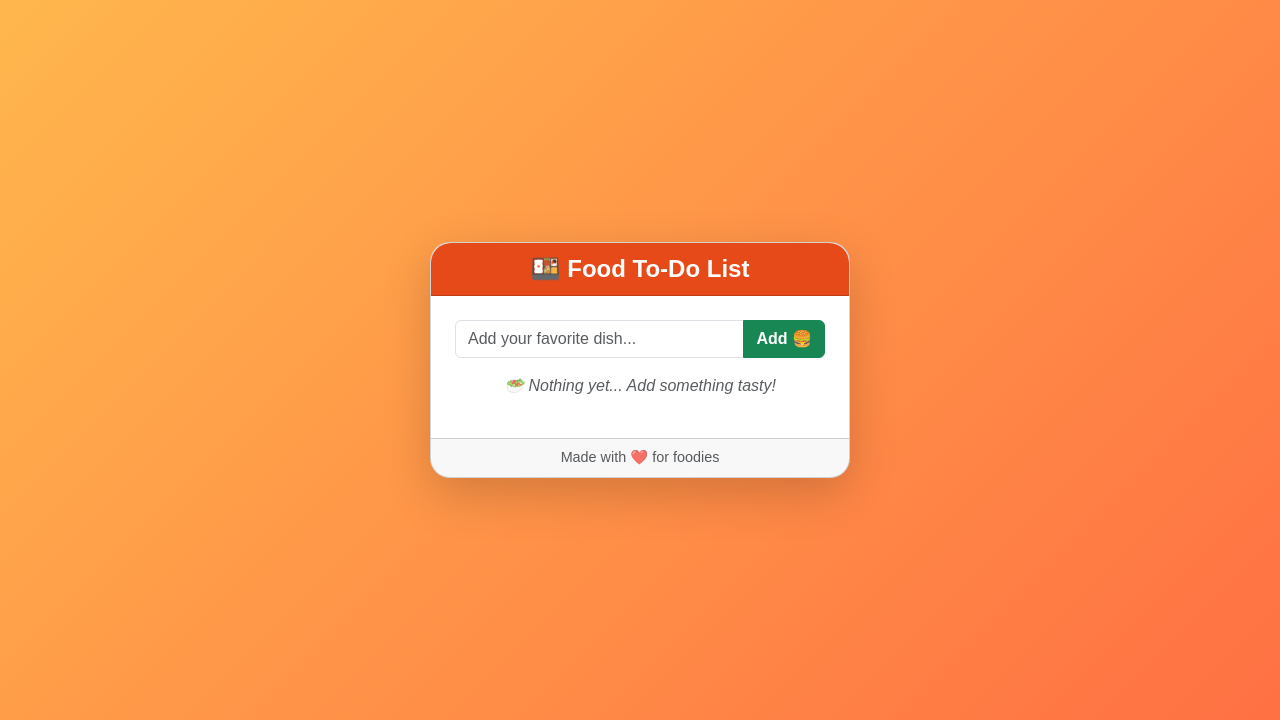
Repository: Dredphoenix/react-todo-app
Page: /
The author's editor kept a copy of each file at every save. The page is drawn from the files as they stood at one save, then again after the next save.
The browser window is 1280 px wide. The pictures show the whole page.
The project was rebuilt for these pictures with package versions that can differ from the ones it lists, and the page was loaded fresh each time. Also part of the build but not shown: vite.config.js.

Above is the page before, as saved 2025-09-29 08:31:48.

### src/App.jsx
import React, { useState } from 'react';
import { BrowserRouter as Router, Routes, Route, Navigate } from 'react-router-dom';
import Home from './pages/Home';

function App() {


  return (
    <Home/>
  );
}

export default App;

### src/pages/Home.jsx
import React, { useState } from "react";
import "bootstrap/dist/css/bootstrap.min.css";

const Home = () => {
  const [items, setItems] = useState([]);
  const [input, setInput] = useState("");

  const handleAdd = () => {
    if (input.trim() !== "") {
      setItems([...items, input]);
      setInput("");
    }
  };

  const handleEnter = (e) => {
    if (e.key === "Enter") {
      handleAdd();
    }
  };

  const handleDelete = (index) => {
    const updated = items.filter((_, i) => i !== index);
    setItems(updated);
  };

  return (
    <div
      className="min-vh-100 d-flex align-items-center justify-content-center"
      style={{
        background: "linear-gradient(135deg, #FFB74D, #FF7043)",
        fontFamily: "Poppins, sans-serif",
      }}
    >
      <div className="card shadow-lg" style={{ width: "420px", borderRadius: "20px" }}>
        <div
          className="card-header text-center text-white fw-bold"
          style={{
            backgroundColor: "#E64A19",
            borderTopLeftRadius: "20px",
            borderTopRightRadius: "20px",
            fontSize: "1.5rem",
          }}
        >
          🍱 Food To-Do List
        </div>
        <div className="card-body p-4">
          <div className="input-group mb-3">
            <input
              type="text"
              className="form-control"
              placeholder="Add your favorite dish..."
              value={input}
              onChange={(e) => setInput(e.target.value)}
              onKeyDown={handleEnter}
            />
            <button className="btn btn-success fw-bold" onClick={handleAdd}>
              Add 🍔
            </button>
          </div>

          {items.length === 0 ? (
            <p className="text-center text-muted fst-italic">
              🥗 Nothing yet... Add something tasty!
            </p>
          ) : (
            <ul className="list-group list-group-flush">
              {items.map((item, index) => (
                <li
                  key={index}
                  className="list-group-item d-flex justify-content-between align-items-center"
                  style={{
                    borderRadius: "10px",
                    background: "#FFF8E1",
                    marginBottom: "8px",
                  }}
                >
                  <span className="fw-semibold">{item}</span>
                  <button
                    className="btn btn-sm btn-outline-danger"
                    onClick={() => handleDelete(index)}
                  >
                    ✖
                  </button>
                </li>
              ))}
            </ul>
          )}
        </div>
        <div
          className="card-footer text-center text-muted"
          style={{
            fontSize: "0.9rem",
            borderBottomLeftRadius: "20px",
            borderBottomRightRadius: "20px",
          }}
        >
          Made with ❤️ for foodies
        </div>
      </div>
    </div>
  );
};

export default Home;

Loaded but not shown: src/main.jsx (common file); src/index.css (no stored copy; drawn as an empty file)

After the next save:
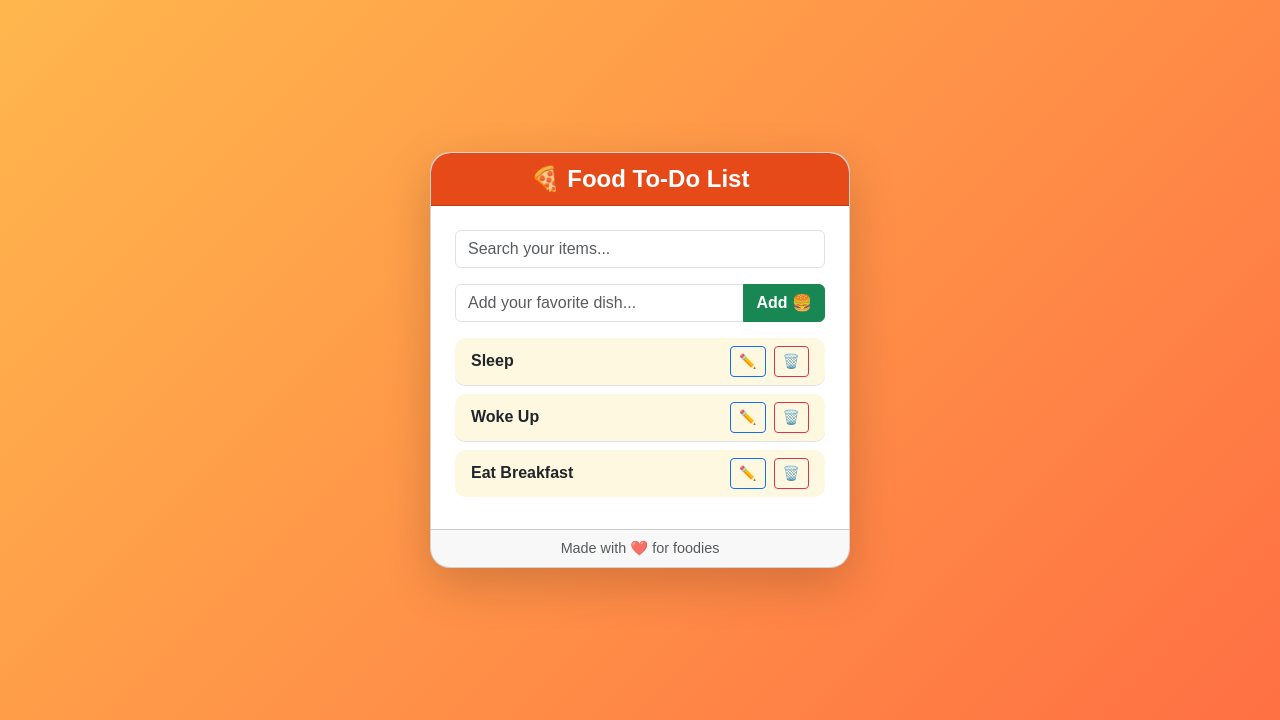
Saved 106 s later.
--- a/src/pages/Home.jsx
+++ b/src/pages/Home.jsx
@@ -2,25 +2,61 @@ import React, { useState } from "react";
 import "bootstrap/dist/css/bootstrap.min.css";
 
 const Home = () => {
-  const [items, setItems] = useState([]);
+ const [items, setItems] = useState(["Sleep", "Woke Up", "Eat Breakfast"]);
   const [input, setInput] = useState("");
+  const [editIndex, setEditIndex] = useState(-1);
+  const [search, setSearch] = useState("");
 
+  // Handle Add / Edit
   const handleAdd = () => {
-    if (input.trim() !== "") {
-      setItems([...items, input]);
-      setInput("");
+    const trimmed = input.trim();
+
+    if (!trimmed) {
+      alert("Please enter a valid input");
+      return;
     }
+
+    const isExist = items.find(
+      (item) => item.toLowerCase() === trimmed.toLowerCase()
+    );
+
+    if (isExist && editIndex === -1) {
+      alert("List item already exists");
+      return;
+    }
+
+    if (editIndex === -1) {
+      setItems([...items, trimmed]);
+    } else {
+      const updated = [...items];
+      updated[editIndex] = trimmed;
+      setItems(updated);
+      setEditIndex(-1);
+    }
+
+    setInput("");
   };
 
-  const handleEnter = (e) => {
-    if (e.key === "Enter") {
-      handleAdd();
-    }
-  };
-
+  // Delete item
   const handleDelete = (index) => {
     const updated = items.filter((_, i) => i !== index);
     setItems(updated);
+  };
+
+  // Edit item
+  const handleEdit = (index) => {
+    setInput(items[index]);
+    setEditIndex(index);
+  };
+
+  // Search filter
+  const filteredItems = items.filter((item) =>
+    item.toLowerCase().includes(search.toLowerCase())
+  );
+
+  // Add using Enter key
+  const handleEnter = (e) => {
+    if (e.key === "Enter") handleAdd();
   };
 
   return (
@@ -41,30 +77,47 @@ const Home = () => {
             fontSize: "1.5rem",
           }}
         >
-          🍱 Food To-Do List
+          🍕 Food To-Do List
         </div>
+
         <div className="card-body p-4">
+          {/* Search bar */}
           <div className="input-group mb-3">
             <input
               type="text"
               className="form-control"
-              placeholder="Add your favorite dish..."
+              placeholder="Search your items..."
+              value={search}
+              onChange={(e) => setSearch(e.target.value)}
+            />
+          </div>
+
+          {/* Input for Add/Edit */}
+          <div className="input-group mb-3">
+            <input
+              type="text"
+              className="form-control"
+              placeholder={editIndex === -1 ? "Add your favorite dish..." : "Edit item..."}
               value={input}
               onChange={(e) => setInput(e.target.value)}
               onKeyDown={handleEnter}
             />
-            <button className="btn btn-success fw-bold" onClick={handleAdd}>
-              Add 🍔
+            <button
+              className={`btn ${editIndex === -1 ? "btn-success" : "btn-primary"} fw-bold`}
+              onClick={handleAdd}
+            >
+              {editIndex === -1 ? "Add 🍔" : "Update ✏️"}
             </button>
           </div>
 
-          {items.length === 0 ? (
+          {/* Render List */}
+          {filteredItems.length === 0 ? (
             <p className="text-center text-muted fst-italic">
-              🥗 Nothing yet... Add something tasty!
+              🥗 Nothing to show...
             </p>
           ) : (
             <ul className="list-group list-group-flush">
-              {items.map((item, index) => (
+              {filteredItems.map((item, index) => (
                 <li
                   key={index}
                   className="list-group-item d-flex justify-content-between align-items-center"
@@ -75,17 +128,26 @@ const Home = () => {
                   }}
                 >
                   <span className="fw-semibold">{item}</span>
-                  <button
-                    className="btn btn-sm btn-outline-danger"
-                    onClick={() => handleDelete(index)}
-                  >
-                    ✖
-                  </button>
+                  <div>
+                    <button
+                      className="btn btn-sm btn-outline-primary me-2"
+                      onClick={() => handleEdit(index)}
+                    >
+                      ✏️
+                    </button>
+                    <button
+                      className="btn btn-sm btn-outline-danger"
+                      onClick={() => handleDelete(index)}
+                    >
+                      🗑️
+                    </button>
+                  </div>
                 </li>
               ))}
             </ul>
           )}
         </div>
+
         <div
           className="card-footer text-center text-muted"
           style={{
